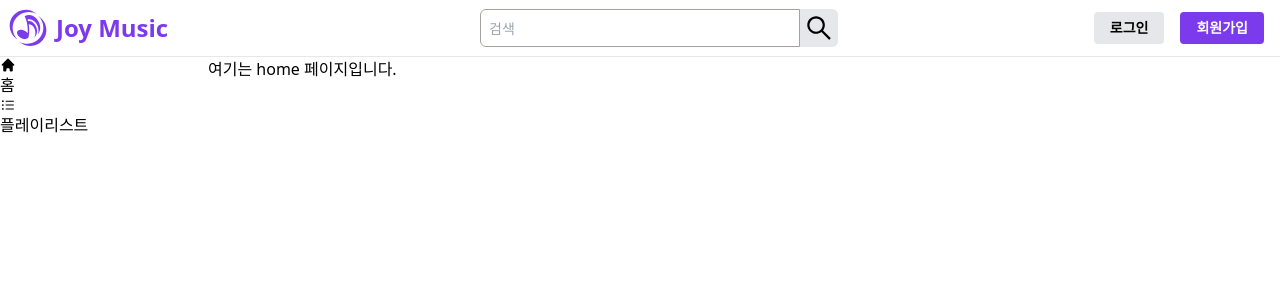
Repository: momo0170/streaming
Page: /
These files come from the project's save history. The page is drawn as it stood at one moment and after the next save; the edit follows.
The browser window is 1280 px wide. The pictures show the whole page.
The project was rebuilt for these pictures with package versions that can differ from the ones it lists, and the page was loaded fresh each time. Also part of the build but not shown: src/App.css, src/router/Playlist.jsx.

Above is the page before, as saved 2023-09-23 11:26:44.

After the next save:
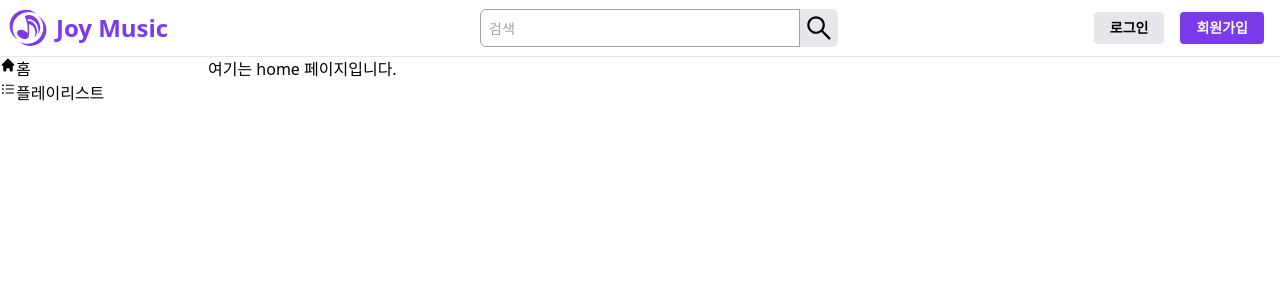
Saved 106 s later.
--- a/src/components/MenuButton.jsx
+++ b/src/components/MenuButton.jsx
@@ -5,7 +5,7 @@ import { IoIosListBox, IoIosList } from 'react-icons/io';
 
 export default function MenuButton({ text, path }) {
   return (
-    <Link to={path}>
+    <Link to={path} className="flex">
       {text === '홈' ? <HiHome /> : <IoIosList />}
       <span>{text}</span>
     </Link>
